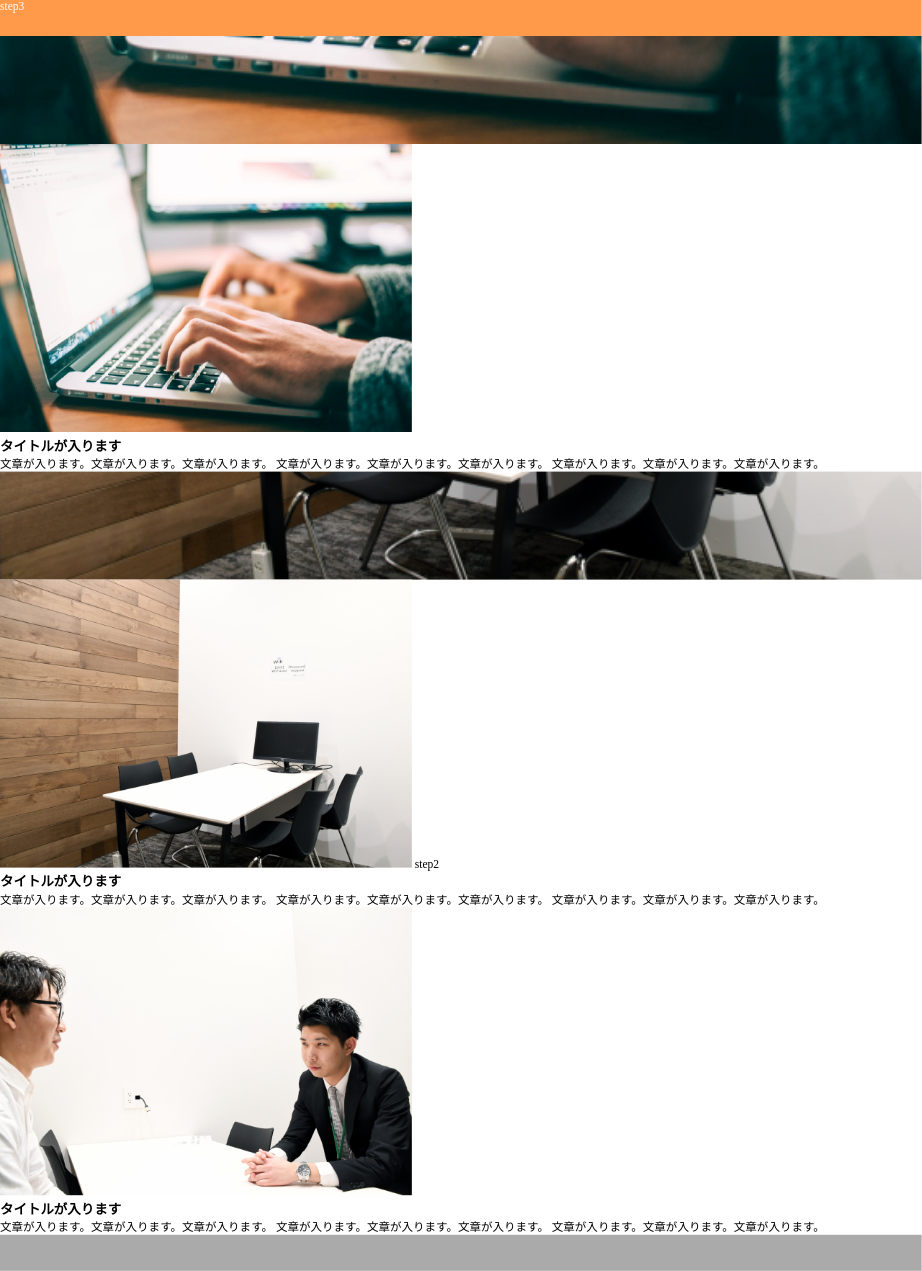
Repository: eyaonu/application2
Page: chapter9/answer9.html
The author's editor kept a record of every edit. The page is drawn from the files as they stood at one moment, then again after the next edit.
The browser window is 1280 px wide. The pictures show the whole page, at 72% of full size.

Above is the page before.

After the next edit:
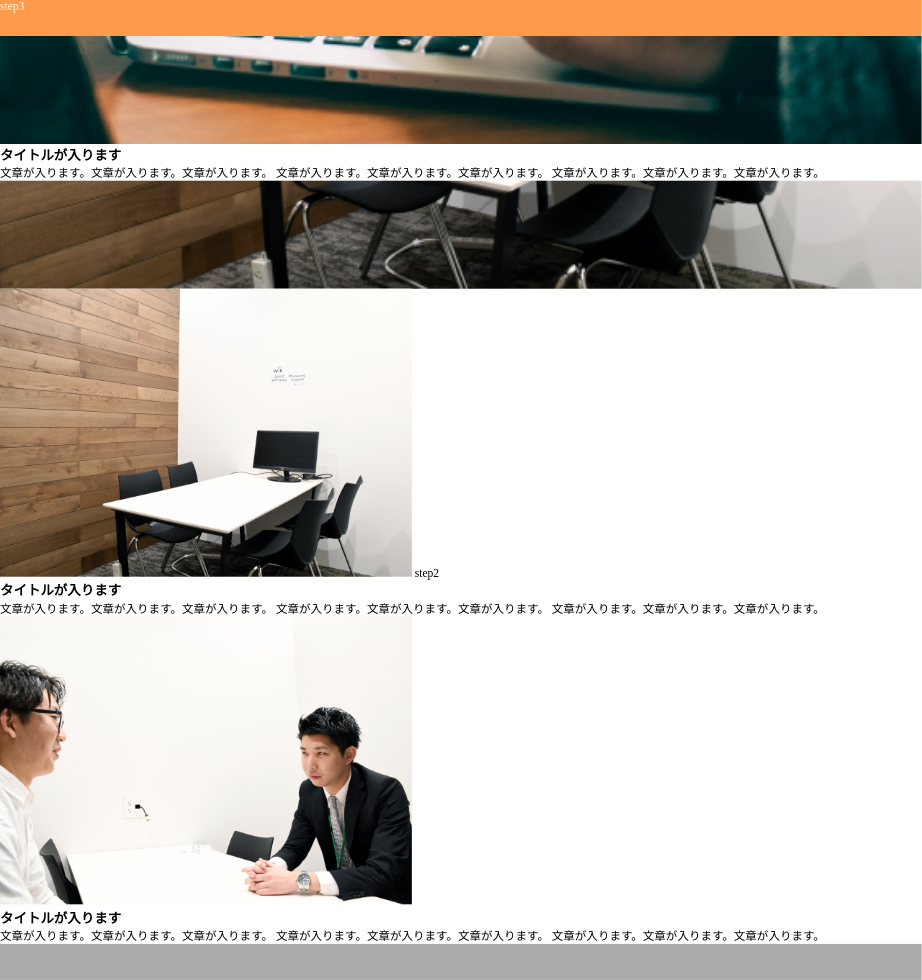
The edit:
--- a/chapter9/answer9.html
+++ b/chapter9/answer9.html
@@ -14,8 +14,7 @@
       <div claas="step-box">
         <span class="step-num">step1</span>
         <div class="step-img1"></div>
-        <img claas="img" src="img/flow01.png" />
-
+        <!--<img claas="img" src="img/flow01.png" />-->
         <h3 claas="title">タイトルが入ります</h3>
         <p class="text">
           文章が入ります。文章が入ります。文章が入ります。
